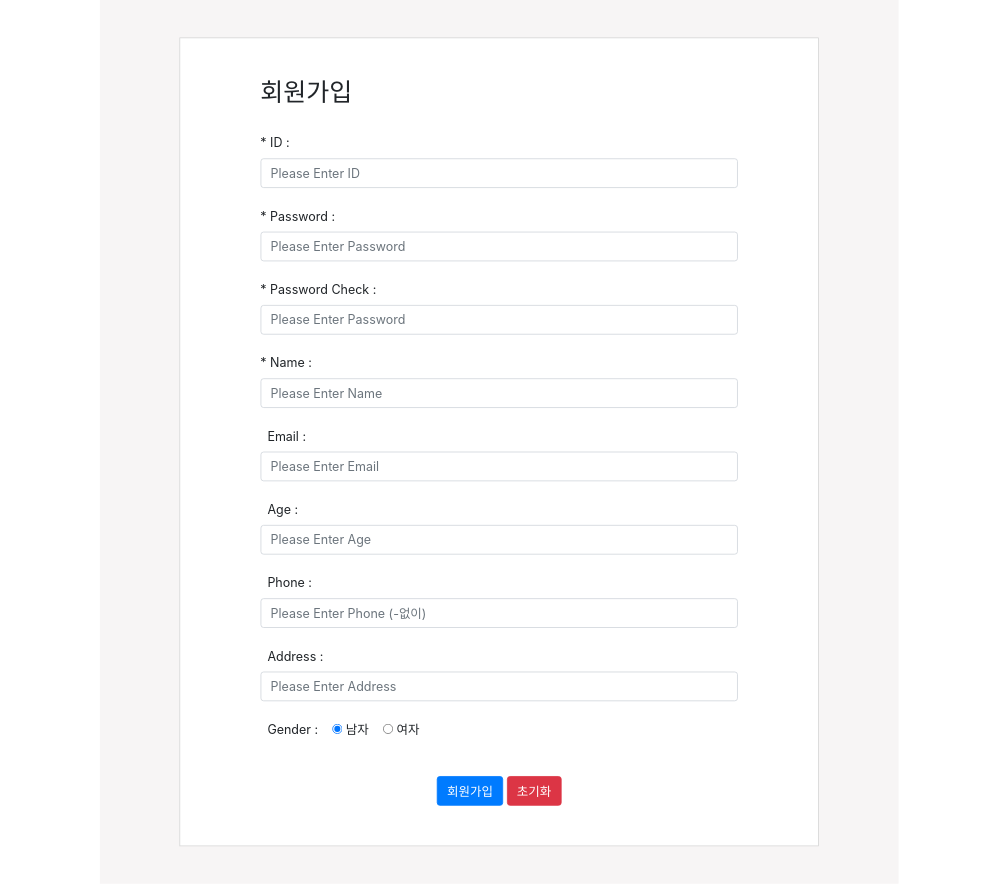
Repository: aldella/2th_tc_spring
Page: http://localhost/spring/WEB-INF/views/member/enrollForm.jsp
These files come from the project's save history. The page is drawn as it stood at one moment and after a run of saves; the edit follows.
The browser window is 1280 px wide. The pictures show the whole page, at 78% of full size.
Pictures or frames that could not be fetched are drawn as grey boxes. The page is served by Tomcat 9. Nobody is signed in. Other server files are loaded and not shown. The template is opened directly, without the code that normally fills it, so the values that code supplies are empty.

Above is the page before, as saved 2024-06-18 00:41:04.

### spring/src/main/webapp/WEB-INF/views/member/enrollForm.jsp
<%@ page language="java" contentType="text/html; charset=UTF-8"
    pageEncoding="UTF-8"%>
<!DOCTYPE html>
<html>
<head>
    <meta charset="UTF-8">
    <title>Document</title>
    <script src="https://ajax.googleapis.com/ajax/libs/jquery/3.7.1/jquery.min.js"></script>
    <link rel="stylesheet" href="https://maxcdn.bootstrapcdn.com/bootstrap/4.5.2/css/bootstrap.min.css">
    <script src="https://maxcdn.bootstrapcdn.com/bootstrap/4.5.2/js/bootstrap.min.js"></script>

    <style>
        .content {
            background-color:rgb(247, 245, 245);
            width:80%;
            margin:auto;
        }
        .innerOuter {
            border:1px solid lightgray;
            width:80%;
            margin:auto;
            padding:5% 10%;
            background-color:white;
        }
    </style>
</head>
<body>

    <!-- 메뉴바 -->
    <jsp:include page="" />

    <div class="content">
        <br><br>
        <div class="innerOuter">
            <h2>회원가입</h2>
            <br>

            <form action="" method="post">
                <div class="form-group">
                    <label for="userId">* ID : </label>
                    <input type="text" class="form-control" id="userId" placeholder="Please Enter ID" name="" required> <br>

                    <label for="userPwd">* Password : </label>
                    <input type="password" class="form-control" id="userPwd" placeholder="Please Enter Password" name="" required> <br>

                    <label for="checkPwd">* Password Check : </label>
                    <input type="password" class="form-control" id="checkPwd" placeholder="Please Enter Password" required> <br>

                    <label for="userName">* Name : </label>
                    <input type="text" class="form-control" id="userName" placeholder="Please Enter Name" name="" required> <br>

                    <label for="email"> &nbsp; Email : </label>
                    <input type="text" class="form-control" id="email" placeholder="Please Enter Email" name=""> <br>

                    <label for="age"> &nbsp; Age : </label>
                    <input type="number" class="form-control" id="age" placeholder="Please Enter Age" name=""> <br>

                    <label for="phone"> &nbsp; Phone : </label>
                    <input type="tel" class="form-control" id="phone" placeholder="Please Enter Phone (-없이)" name=""> <br>

                    <label for="address"> &nbsp; Address : </label>
                    <input type="text" class="form-control" id="address" placeholder="Please Enter Address" name=""> <br>

                    <label for=""> &nbsp; Gender : </label> &nbsp;&nbsp;
                    <input type="radio" id="Male" value="M" name="" checked>
                    <label for="Male">남자</label> &nbsp;&nbsp;
                    <input type="radio" id="Female" value="F" name="">
                    <label for="Female">여자</label> &nbsp;&nbsp;
                </div>
                <br>
                <div class="btns" align="center">
                    <button type="submit" class="btn btn-primary">회원가입</button>
                    <button type="reset" class="btn btn-danger">초기화</button>
                </div>
            </form>
        </div>
        <br><br>

    </div>

    <!-- 푸터바 -->
    <jsp:include page="" />

</body>
</html>

### spring/src/main/webapp/WEB-INF/views/common/menubar.jsp
<%@ page language="java" contentType="text/html; charset=UTF-8"
    pageEncoding="UTF-8"%>
<%@ taglib prefix="c" uri="http://java.sun.com/jsp/jstl/core" %>
<%@ taglib prefix="fn" uri="http://java.sun.com/jsp/jstl/functions"%>
<!DOCTYPE html>
<html>
<head>
    <meta charset="UTF-8">
    <title>Document</title>
    <script src="https://ajax.googleapis.com/ajax/libs/jquery/3.7.1/jquery.min.js"></script>
    <link rel="stylesheet" href="https://maxcdn.bootstrapcdn.com/bootstrap/4.5.2/css/bootstrap.min.css">
    <script src="https://maxcdn.bootstrapcdn.com/bootstrap/4.5.2/js/bootstrap.min.js"></script>
    <style>
        div {box-sizing:border-box;}
        #header {
            width:80%;
            height:100px;
            padding-top:20px;
            margin:auto;
        }
        #header>div {width:100%; margin-bottom:10px;}
        #header_1 {height:80%;}
        #header_2 {height:60%;}

        #header_1>div{
            height:100%;
            float:left;
        }
        #header_1_left {width:30%; position:relative;}
        #header_1_center {width:40%;}
        #header_1_right {width:30%;}

        #header_1_left>img {height:100%; position:absolute; margin:auto; top:0px; bottom:0px; right:0px; left:0px;}
        #header_1_right {text-align:center; line-height:35px; font-size:12px; text-indent:35px;}
        #header_1_right>a {margin:5px;}
        #header_1_right>a:hover {cursor:pointer;}

        #header_2>ul {width:100%; height:100%; list-style-type:none; margin:auto; padding:0;}
        #header_2>ul>li {float:left; width:25%; height:100%; line-height:55px; text-align:center;}
        #header_2>ul>li a {text-decoration:none; color:black; font-size:18px; font-weight:900;}

        #header_2 {border-top:1px solid lightgray;}

        #header a {text-decoration:none; color:black;}

        .content {
            background-color:rgb(247, 245, 245);
            width:80%;
            margin:auto;
        }
        .innerOuter {
            border:1px solid lightgray;
            width:80%;
            margin:auto;
            padding:5% 10%;
            background-color:white;
        }

    </style>
</head>
<body>

    <div id="header">
        <div id="header_1">
            <div id="header_1_left">
                <img src="https://kh-academy.co.kr/resources/images/main/logo.svg" alt="">
            </div>
            <div id="header_1_center"></div>
            <div id="header_1_right">
            	<c:choose>
            		<c:when test="${sessionScope.loginUser eq null}">
		                <!-- 로그인 전 -->
		                <a href="">회원가입</a>
		                <a data-toggle="modal" data-target="#loginModal">로그인</a> <!-- 모달의 원리 : 이 버튼 클릭시 data-targer에 제시되어있는 해당 아이디의 div요소를 띄워줌 -->
	                </c:when>
	                <c:otherwise>
	                <!-- 로그인 후 -->
	                    <lable>${ sessionScope.loginUser.userName }님 환영합니다</label> &nbsp;&nbsp;
	                    <a href="">마이페이지</a>
	                    <a href="logout.do">로그아웃</a>
	                </c:otherwise>
                </c:choose>
            </div>
        </div>
        <div id="header_2">
            <ul>
                <li><a href="">HOME</a></li>
                <li><a href="">공지사항</a></li>
                <li><a href="">자유게시판</a></li>
                <li><a href="">사진게시판</a></li>
            </ul>
        </div>
    </div>

    <!-- 로그인 클릭 시 뜨는 모달 (기존에는 안보이다가 위의 a 클릭 시 보임) -->
    <div class="modal fade" id="loginModal">
        <div class="modal-dialog modal-sm">
            <div class="modal-content">
                <!-- Modal Header -->
                <div class="modal-header">
                    <h4 class="modal-title">Login</h4>
                    <button type="button" class="close" data-dismiss="modal">&times;</button>
                </div>

                <form action="login.do" method="post">
                    <!-- Modal body -->
                    <div class="modal-body">
                        <label for="userId" class="mr-sm-2">ID : </label>
                        <input type="text" class="form-control mb-2 mr-sm-2" placeholder="Enter ID" id="userId" name="userId"> <br>
                        <label for="userPwd" class="mr-sm-2">Password : </label>
                        <input type="password" class="form-control mb-2 mr-sm-2" placeholder="Enter Password" id="userPwd" name="userPwd">
                    </div>

                    <!-- Modal footer -->
                    <div class="modal-footer">
                        <button type="submit" class="btn btn-primary">로그인</button>
                        <button type="button" class="btn btn-danger" data-dismiss="modal">취소</button>
                    </div>
                </form>
            </div>
        </div>

    </div>

    <br clear="both">
</body>
</html>

### spring/src/main/webapp/WEB-INF/views/common/footer.jsp
<%@ page language="java" contentType="text/html; charset=UTF-8"
    pageEncoding="UTF-8"%>
<!DOCTYPE html>
<html>
<head>
    <meta charset="UTF-8">
    <title>Document</title>
    <style>
        /* div{border:1px solid red;} */
        #footer {
            width:80%;
            height:200px;
            margin:auto;
            margin-top:50px;
        }
        #footer-1 {
            width:100%;
            height:20%;
            border-top:1px solid lightgray;
            border-bottom:1px solid lightgray;
        }
        #footer-2 {width:100%; height:80%;}
        #footer-1, #footer-2 {padding-left:50px;}
        #footer-1>a {
            text-decoration:none;
            font-weight:600;
            margin:10px;
            line-height:40px;
            color:black;
        }
        #footer-2>p {
            margin:0;
            padding:10px;
            font-size:13px;
        }
        #p2 {text-align:center;}
    </style>
</head>
<body>
    <div id="footer">
        <div id="footer-1">
            <a href="#">이용약관</a> |
            <a href="#">개인정보취급방침</a> |
            <a href="#">인재채용</a> |
            <a href="#">고객센터</a>
        </div>

        <div id="footer-2">
            <p id="p1">
                강남지원 1관 : 서울특별시 강남구 테헤란로14길 6 남도빌딩 2F, 3F, 4F, 5F, 6F <br>
                강남지원 2관 : 서울특별시 강남구 테헤란로10길 9 그랑프리 빌딩 4F, 5F, 7F <br>
                강남지원 3관 : 서울특별시 강남구 테헤란로 130 호산빌딩 5F, 6F <br>
                종로지원 : 서울특별시 중구 남대문로 120 대일빌딩 2F, 3F <br>
                당산지원 : 서울특별시 영등포구 선유동2로 57 이레빌딩 (구관) 19F, 20F
            </p>
            <p id="p2">Copyright © 1998-2024 승철 Educational Institute All Right Reserved</p>
        </div>
    </div>
</body>
</html>

After the next 4 saves:
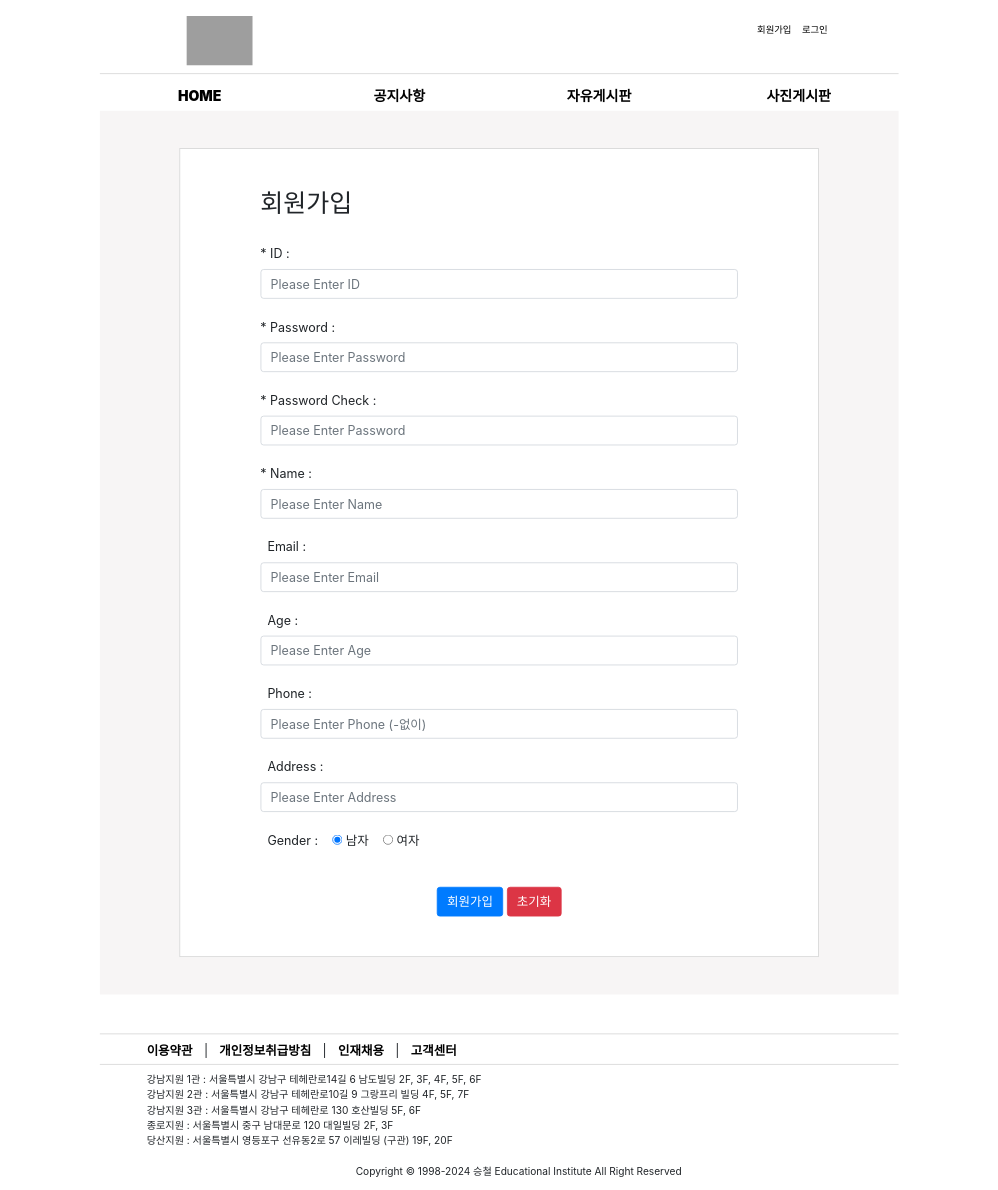
The 4 saves are shown as one change because 3 did not build or start.
The last was saved 2 min 9 s later.
--- a/spring/src/main/webapp/WEB-INF/views/member/enrollForm.jsp
+++ b/spring/src/main/webapp/WEB-INF/views/member/enrollForm.jsp
@@ -1,5 +1,7 @@
 <%@ page language="java" contentType="text/html; charset=UTF-8"
     pageEncoding="UTF-8"%>
+    <%@ taglib prefix="c" uri="http://java.sun.com/jsp/jstl/core" %>
+<%@ taglib prefix="fn" uri="http://java.sun.com/jsp/jstl/functions"%>
 <!DOCTYPE html>
 <html>
 <head>
@@ -27,7 +29,7 @@
 <body>
 
     <!-- 메뉴바 -->
-    <jsp:include page="" />
+    <jsp:include page="../common/menubar.jsp" />
 
     <div class="content">
         <br><br>
@@ -79,7 +81,7 @@
     </div>
 
     <!-- 푸터바 -->
-    <jsp:include page="" />
+    <jsp:include page="../common/footer.jsp" />
 
 </body>
 </html>
